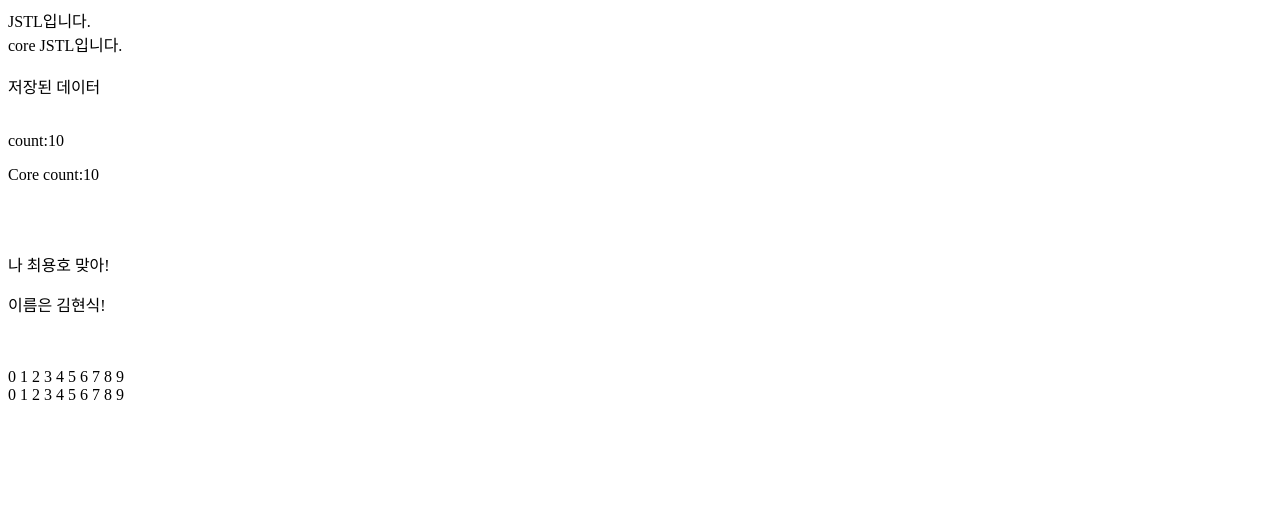
Repository: Choi-yongho72/bitcamp_jsp
Page: http://localhost/CoreTag/
An editor plug-in stored every save of this project. The page is shown before and after a run of saves, followed by the edit.
The browser window is 1280 px wide. The pictures show the whole page.
The page is served by Tomcat 9.

Above is the page before, as saved 2020-01-23 03:39:04.

### CoreTag/WebContent/index.jsp
<%@page import="java.util.ArrayList"%>
<%@page import="dto.MemberDto"%>
<%@page import="java.util.List"%>
<%@ page language="java" contentType="text/html; charset=UTF-8"
    pageEncoding="UTF-8"%>
<%@ taglib prefix="c"   uri="http://java.sun.com/jsp/jstl/core" %>
<!DOCTYPE html>
<html>
<head>
<meta charset="UTF-8">
<title>Insert title here</title>
</head>
<body>

<%--
	EL:표현식(값, 판별)
	Core: 제어문 (for, if) -> EL tag와 같이 사용한다.
--%>

<%
request.setAttribute("data", "JSTL입니다.");
%>

${ data }
<br>

<%--	<c:set var="cdata" value="core JSTL입니다."></c:set>
		이거랑 동일 코드
String cdata = "core JSTL입니다.";
--%>
<!-- set -->
<c:set var="cdata" value="core JSTL입니다."></c:set>
${ cdata }
<br><br>

<!-- out(내장객체) -->
<%--
out.println(cdata);
--%>
<%
session.setAttribute("sessionData", "저장된 데이터");
%>
<c:set var="sdate" value="${ sessionData }"></c:set>
<c:out value="${ sdate }"/>

<br><br>

<!-- if -->
<%
request.setAttribute("count", "10");
%>
<%
String sCount = (String)request.getAttribute("count");
int count = Integer.parseInt(sCount);
if(count >= 10) {
	%>
	<p>count:<%=count %></p>
	<%
}
%>

<c:if test="${ count >= 10 }">
	<p>Core count:<c:out value="${ count }"/></p>
</c:if>

<br><br>

<%
request.setAttribute("name", "최용호");
%>

<c:if test="${ name eq '최용호' }">
	<p>나 최용호 맞아!</p>
</c:if>

<%
request.setAttribute("name", "김현식");
%>

<c:if test="${ name == '김현식' }" var="flg"/>

<c:if test="${ flg }">
	<p>이름은 김현식!</p>
</c:if>

<br><br>

<!-- for -->
<%
for(int i = 0; i < 10; i++) {
	%>
	<%=i %>
	<%
}
%>

<br>

<c:forEach begin="0" end="9" step="1" varStatus="i">
	<c:out value="${ i.index }"></c:out>

</c:forEach>

<%
List<MemberDto> list = new ArrayList<MemberDto>();

MemberDto mem = new MemberDto();
mem.setMessage("안녕");
list.add(mem);

mem = new MemberDto();
mem.setMessage("진짜?");
list.add(mem);

request.setAttribute("list", list);
%>

<%--
for(int i = 0; i < list.size(); i++) {
	MemberDto m = list.get(i);
}
for(MemberDto m : list) {

}
--%>

<c:forEach begin="0" end="2" var="m" items="${ list }" varStatus="i">

</c:forEach>






</body>
</html>

### CoreTag/src/dto/MemberDto.java
package dto;

import java.io.Serializable;

public class MemberDto implements Serializable{
	private String message;

	public MemberDto() {
	}

	public String getMessage() {
		return message;
	}

	public void setMessage(String message) {
		this.message = message;
	}
}

After the next 2 saves:
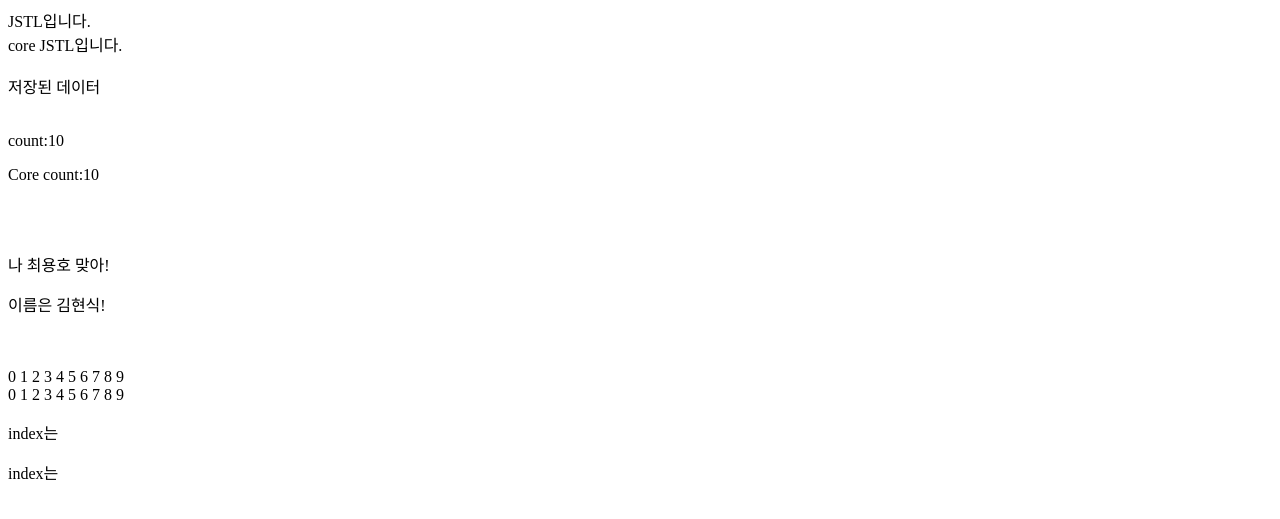
The 2 saves are shown as one change because they came seconds apart.
The last was saved 11 s later.
--- a/CoreTag/WebContent/index.jsp
+++ b/CoreTag/WebContent/index.jsp
@@ -125,7 +125,7 @@
 --%>
 
 <c:forEach begin="0" end="2" var="m" items="${ list }" varStatus="i">
-
+<p>index는</p>
 </c:forEach>
 
 
